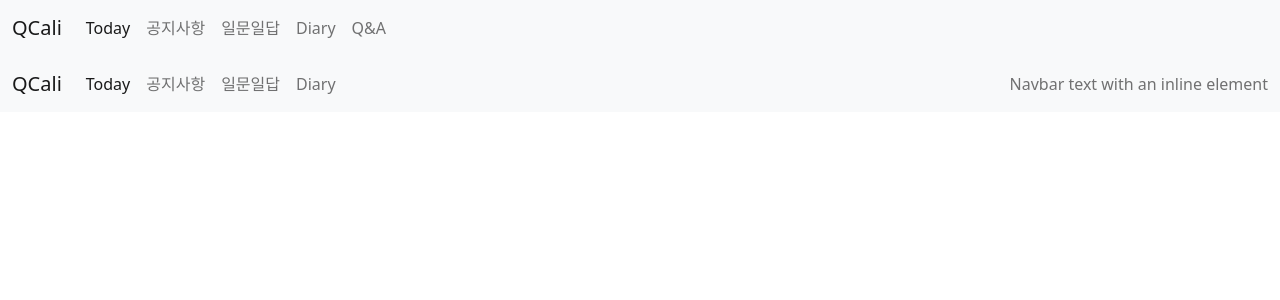
Repository: izuiw/team
Page: http://localhost/qCali/WEB-INF/views/main/header.jsp
The author's editor kept a copy of each file at every save. The page is drawn from the files as they stood at one save, then again after the next save.
The browser window is 1280 px wide. The pictures show the whole page.
The page is served by Tomcat 9. Nobody is signed in. Other server files are loaded and not shown. The template is opened directly, without the code that normally fills it, so the values that code supplies are empty.

Above is the page before, as saved 2022-04-29 07:05:57.

### qCali/src/main/webapp/WEB-INF/views/main/header.jsp
<%@ page language="java" contentType="text/html; charset=UTF-8"
    pageEncoding="UTF-8"%>
<%@ taglib prefix="c" uri="http://java.sun.com/jsp/jstl/core"%>

<!DOCTYPE html>
<html>
<head>
<meta charset="UTF-8">
<title>MenuBar</title>
<link href="https://cdn.jsdelivr.net/npm/bootstrap@5.1.3/dist/css/bootstrap.min.css" rel="stylesheet" integrity="sha384-1BmE4kWBq78iYhFldvKuhfTAU6auU8tT94WrHftjDbrCEXSU1oBoqyl2QvZ6jIW3" crossorigin="anonymous">

</head>
<body>
	<nav class="navbar navbar-expand-lg navbar-light bg-light">
		<div class="container-fluid">
			<a class="navbar-brand" href="${pageContext.request.contextPath }/main">QCali</a>
			<button class="navbar-toggler" type="button"
				data-bs-toggle="collapse" data-bs-target="#navbarNavAltMarkup"
				aria-controls="navbarNavAltMarkup" aria-expanded="false"
				aria-label="Toggle navigation">
				<span class="navbar-toggler-icon"></span>
			</button>
			<div class="collapse navbar-collapse" id="navbarNavAltMarkup">
				<div class="navbar-nav">
					<a class="nav-link active" aria-current="page" href="#">Today</a>
					 <a class="nav-link" href="${pageContext.request.contextPath }/notice/list">공지사항</a>
					 <a class="nav-link" href="${pageContext.request.contextPath }/board/list">일문일답</a>
					 <a class="nav-link" href="#">Diary</a>
					 <a class="nav-link" href="${pagetContext.request.contextPath }/qna/list">Q&A</a>
					<span class="navbar-text">
      				<c:if test="${!empty memberLogin }">
      					${memberLogin.memberNickname }
      				<a class="nav-link" href="${pageContext.request.contextPath }/member/logout">로그아웃</a>
      				</c:if>
      				</span>

				</div>
			</div>
		</div>
	</nav>

	<nav class="navbar navbar-expand-lg navbar-light bg-light">
  <div class="container-fluid">
	<a class="navbar-brand" href="${pageContext.request.contextPath }/main">QCali</a>
    <button class="navbar-toggler" type="button" data-bs-toggle="collapse" data-bs-target="#navbarText" aria-controls="navbarText" aria-expanded="false" aria-label="Toggle navigation">
      <span class="navbar-toggler-icon"></span>
    </button>
    <div class="collapse navbar-collapse" id="navbarText">
      <ul class="navbar-nav me-auto mb-2 mb-lg-0">
        <li class="nav-item">
          <a class="nav-link active" aria-current="page" href="#">Today</a>
        </li>
        <li class="nav-item">
          <a class="nav-link" href="#">공지사항</a>
        </li>
        <li class="nav-item">
          <a class="nav-link" href="#">일문일답</a>
        </li>
        <li class="nav-item">
          <a class="nav-link" href="#">Diary</a>
        </li>
      </ul>
      <span class="navbar-text">
        Navbar text with an inline element
      </span>
    </div>
  </div>
</nav>


<script src="https://cdn.jsdelivr.net/npm/bootstrap@5.1.3/dist/js/bootstrap.bundle.min.js" integrity="sha384-ka7Sk0Gln4gmtz2MlQnikT1wXgYsOg+OMhuP+IlRH9sENBO0LRn5q+8nbTov4+1p" crossorigin="anonymous"></script>
</body>
</body>
</html>

After the next save:
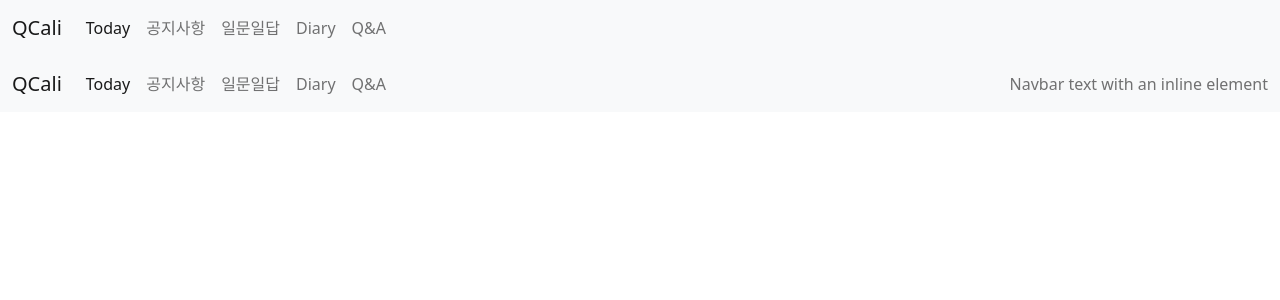
Saved 11 s later.
--- a/qCali/src/main/webapp/WEB-INF/views/main/header.jsp
+++ b/qCali/src/main/webapp/WEB-INF/views/main/header.jsp
@@ -59,6 +59,9 @@
         <li class="nav-item">
           <a class="nav-link" href="#">Diary</a>
         </li>
+        <li class="nav-item">
+          <a class="nav-link" href="#">Q&A</a>
+        </li>
       </ul>
       <span class="navbar-text">
         Navbar text with an inline element
